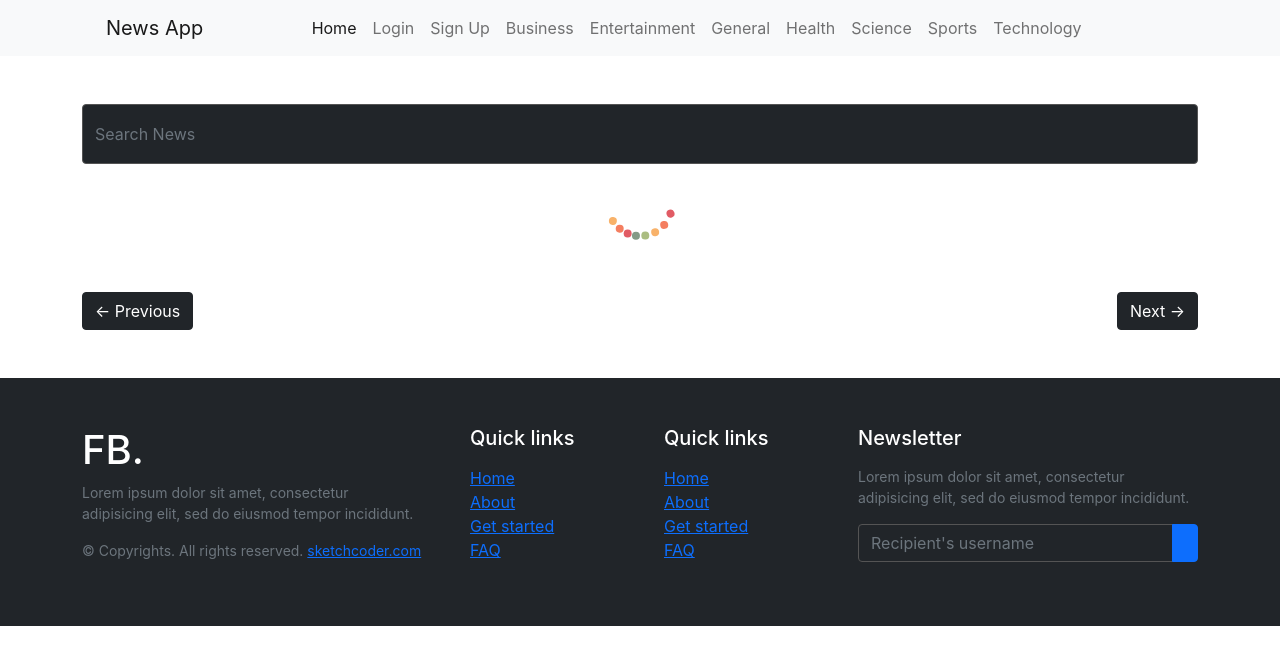
Repository: ZainAkbar51214/News-Site
Page: /
An editor plug-in stored every save of this project. The page is shown before and after a run of saves, followed by the edit.
The browser window is 1280 px wide. The pictures show the whole page.
The page's requests for data from a server got no answer. The project was rebuilt for these pictures with package versions that can differ from the ones it lists, and the page was loaded fresh each time. No one was signed in, and anything a server would have sent is missing. Also part of the build but not shown: src/Components/pages/Login.jsx, src/Components/pages/SignUp.jsx, src/Components/Layouts/NewsItem.js.

Above is the page before, as saved 2023-12-18 04:38:50.

### public/index.html
<!DOCTYPE html>
<html lang="en">
  <head>
    <meta charset="utf-8" />
    <link rel="icon" href="%PUBLIC_URL%/favicon.ico" />
    <meta name="viewport" content="width=device-width, initial-scale=1" />
    <meta name="theme-color" content="#000000" />
    <meta
      name="description"
      content="Web site created using create-react-app"
    />
    <link rel="apple-touch-icon" href="%PUBLIC_URL%/logo192.png" />

    <link rel="manifest" href="%PUBLIC_URL%/manifest.json" />

    <title>News App</title>
    <!-- Bootstrap cdn -->
    <link href="https://cdn.jsdelivr.net/npm/bootstrap@5.0.2/dist/css/bootstrap.min.css" rel="stylesheet" integrity="sha384-EVSTQN3/azprG1Anm3QDgpJLIm9Nao0Yz1ztcQTwFspd3yD65VohhpuuCOmLASjC" crossorigin="anonymous">
  </head>
  <body>
    <noscript>You need to enable JavaScript to run this app.</noscript>
    <div id="root"></div>


    <!-- Bootstrap Script -->
    <script src="https://cdn.jsdelivr.net/npm/@popperjs/core@2.9.2/dist/umd/popper.min.js" integrity="sha384-IQsoLXl5PILFhosVNubq5LC7Qb9DXgDA9i+tQ8Zj3iwWAwPtgFTxbJ8NT4GN1R8p" crossorigin="anonymous"></script>
<script src="https://cdn.jsdelivr.net/npm/bootstrap@5.0.2/dist/js/bootstrap.min.js" integrity="sha384-cVKIPhGWiC2Al4u+LWgxfKTRIcfu0JTxR+EQDz/bgldoEyl4H0zUF0QKbrJ0EcQF" crossorigin="anonymous"></script>
  </body>
</html>

### src/App.js
import React from "react";
import {
  BrowserRouter as Router,
  Switch,
  Route
} from "react-router-dom";
import Navbar from './Components/Header/Navbar';
import Footer from './Components/Footer/Footer';
import Login from "./Components/pages/Login";
import SignUp from "./Components/pages/SignUp";
import News from "./Components/Layouts/News";

function App() {
  return (
    <Router>
      <Navbar />
        <Switch>
          <Route path="/" exact><News key="general" pageSize={5} country="in" category="general" /></Route>
          <Route path="/business" exact><News key="business" pageSize={5} country="in" category="business" /></Route>
          <Route path="/entertainment" exact><News key="entertainment" pageSize={5} country="in" category="entertainment" /></Route>
          <Route path="/health" exact><News key="health" pageSize={5} country="in" category="health" /></Route>
          <Route path="/science" exact><News key="science" pageSize={5} country="in" category="science" /></Route>
          <Route path="/sports" exact><News key="sports" pageSize={5} country="in" category="sports" /></Route>
          <Route path="/technology" exact><News key="technology" pageSize={5} country="in" category="technology" /></Route>
          <Route path="/login">
            <Login />
          </Route>
          <Route path="/sign-up">
            <SignUp />
          </Route>
        </Switch>
      <Footer />
  </Router>
  );
}

export default App;

### src/Components/Header/Navbar.jsx
import React, { Component } from 'react';
import { Link } from 'react-router-dom';

class Navbar extends Component {
    render() {
        return (
            <div>
                <div className="container-fluid bg-light">
                <div className="container">
                    <div className="row">
                        <div className="col-md-12">
                            <nav className="navbar navbar-expand-lg navbar-light">
                                <div className="container-fluid">
                                    <Link className="navbar-brand" to="/">News App</Link>
                                    <button className="navbar-toggler" type="button" data-bs-toggle="collapse" data-bs-target="#navbarSupportedContent" aria-controls="navbarSupportedContent" aria-expanded="false" aria-label="Toggle navigation">
                                        <span className="navbar-toggler-icon"></span>
                                    </button>
                                    <div className="collapse navbar-collapse" id="navbarSupportedContent">
                                        <ul className="navbar-nav mx-auto mb-2 mb-lg-0">
                                            <li className="nav-item">
                                                <Link className="nav-link active" aria-current="page" to="/">Home</Link>
                                            </li>
                                            <li className="nav-item">
                                                <Link className="nav-link" to="/login">Login</Link>
                                            </li>
                                            <li className="nav-item">
                                                <Link className="nav-link" to="/sign-up">Sign Up</Link>
                                            </li>
                                            <li className="nav-item">
                                                <Link className="nav-link" to="/business">Business</Link>
                                            </li>
                                            <li className="nav-item">
                                                <Link className="nav-link" to="/entertainment">Entertainment</Link>
                                            </li>
                                            <li className="nav-item">
                                                <Link className="nav-link" to="/">General</Link>
                                            </li>
                                            <li className="nav-item">
                                                <Link className="nav-link" to="/health">Health</Link>
                                            </li>
                                            <li className="nav-item">
                                                <Link className="nav-link" to="/science">Science</Link>
                                            </li>
                                            <li className="nav-item">
                                                <Link className="nav-link" to="/sports">Sports</Link>
                                            </li>
                                            <li className="nav-item">
                                                <Link className="nav-link" to="/technology">Technology</Link>
                                            </li>
                                        </ul>
                                    </div>
                                </div>
                            </nav>
                        </div>
                    </div>
                </div>
            </div>
            </div>
        );
    }
}

export default Navbar;

### src/Components/Footer/Footer.jsx
import React from "react";
import { Link } from "react-router-dom";
import '../Footer/Footer.css';

const Navbar = () => {
    return (
        <>
            <div className="d-flex flex-column h-100" style={{overflow: 'hidden'}}>
                {/* <!-- FOOTER --> */}
                <footer className="w-100 py-4 flex-shrink-0">
                    <div className="container py-4">
                        <div className="row gy-4 gx-5">
                            <div className="col-lg-4 col-md-6">
                                <h5 className="h1 text-white">FB.</h5>
                                <p className="small text-muted">Lorem ipsum dolor sit amet, consectetur adipisicing elit, sed do eiusmod tempor incididunt.</p>
                                <p className="small text-muted mb-0">&copy; Copyrights. All rights reserved. <Link className="text-primary" to="https://sketchcoder.com" target="_blank">sketchcoder.com</Link></p>
                            </div>
                            <div className="col-lg-2 col-md-6">
                                <h5 className="text-white mb-3">Quick links</h5>
                                <ul className="list-unstyled text-muted">
                                    <li><Link to="#">Home</Link></li>
                                    <li><Link to="#">About</Link></li>
                                    <li><Link to="#">Get started</Link></li>
                                    <li><Link to="#">FAQ</Link></li>
                                </ul>
                            </div>
                            <div className="col-lg-2 col-md-6">
                                <h5 className="text-white mb-3">Quick links</h5>
                                <ul className="list-unstyled text-muted">
                                    <li><Link to="#">Home</Link></li>
                                    <li><Link to="#">About</Link></li>
                                    <li><Link to="#">Get started</Link></li>
                                    <li><Link to="#">FAQ</Link></li>
                                </ul>
                            </div>
                            <div className="col-lg-4 col-md-6">
                                <h5 className="text-white mb-3">Newsletter</h5>
                                <p className="small text-muted">Lorem ipsum dolor sit amet, consectetur adipisicing elit, sed do eiusmod tempor incididunt.</p>
                                <form action="#">
                                    <div className="input-group mb-3">
                                        <input className="form-control" type="text" placeholder="Recipient's username" aria-label="Recipient's username" aria-describedby="button-addon2" />
                                        <button className="btn btn-primary" id="button-addon2" type="button"><i className="fas fa-paper-plane"></i></button>
                                    </div>
                                </form>
                            </div>
                        </div>
                    </div>
                </footer>
            </div>
        </>
    )
}

export default Navbar;

### src/Components/Layouts/News.js
import React, { Component } from 'react';
import NewsItem from './NewsItem';
import Spinner from '../Spinner';
import PropTypes from 'prop-types';

class News extends Component {

    static defaultProps = {
        country: 'in',
        pageSize: 8,
        category: 'general'
      }
    static propTypes = {
        country: PropTypes.string,
        pageSize: PropTypes.number,
        category: PropTypes.string,

      }

    constructor(){
        super();
        this.state = {
            articles: [],
            loading: false,
            page: 1
        }
    }

    async componentDidMount(){
        let url =    `https://newsapi.org/v2/top-headlines?country=${this.props.country}&category=${this.props.category}&apiKey=e5869a5b7afe45f0975749f435cea4b5&page=${this.state.page - 1}&pageSize=${this.props.pageSize}`;
        this.setState({loading: true});
        let data = await fetch(url);
        let passData = await data.json();
        console.log(passData);
        this.setState({
            articles: passData.articles,
            totalResults: passData.totalResults,
            loading: false
        })

    }

    handPrevClick = async () => {
        console.log("prev");
        let url =    `https://newsapi.org/v2/top-headlines?country=${this.props.country}&category=${this.props.category}&apiKey=e5869a5b7afe45f0975749f435cea4b5&page=${this.state.page - 1}&pageSize=${this.props.pageSize}`;
        this.setState({loading: true});
        let data = await fetch(url);
        let passData = await data.json();
        console.log(passData);

        this.setState({
            page: this.state.page - 1,
            articles: passData.articles,
            loading: false
        })
    }
    handNextClick = async () => {
        console.log("Next");
        if(!(this.state.page + 1 > Math.ceil(this.state.totalResults/this.props.pageSize))){

        let url =  `https://newsapi.org/v2/top-headlines?country=${this.props.country}&category=${this.props.category}&apiKey=e5869a5b7afe45f0975749f435cea4b5&page=${this.state.page + 1}&pageSize=${this.props.pageSize}`;
        this.setState({loading: true});
        let data = await fetch(url);
        let passData = await data.json();
        console.log(passData);

        this.setState({
            page: this.state.page + 1,
            articles: passData.articles,
            loading: false
        })
        }
    }



    render() {
        return (
            <div className='container-fluid'>
                <div className='container'>
                    <div className='row'>
                        <div className='col-lg-12 mt-5'>
                            <input type='search' placeholder='Search News' className='form-control form-news' />
                        </div>
                    </div>
                    {
                        this.state.loading &&
                        <div className='row'>
                            <div className='col-lg-12 text-center'>
                                <Spinner />
                            </div>
                        </div>
                    }
                    <div className='row'>
                        {!this.state.loading && this.state.articles.map((element) => {
                           return element.urlToImage?<div className='col-lg-4 col-md-6 mt-5' key={element.url}>
                           <NewsItem title={element.title?element.title.slice(0, 45): ""} description={element.description?element.description.slice(0, 86): ""} imageUrl={element.urlToImage} newsUrl={element.url} />
                       </div>
                       :""
                        })}

                    </div>

                   <div className='row'>
                   <div className='col-lg-12 d-flex justify-content-between mt-5 mb-5'>
                        <button disabled={this.state.page<1} type='button' className='btn btn-dark' onClick={this.handPrevClick}>&larr; Previous</button>
                        <button disabled={this.state.page + 1 > Math.ceil(this.state.totalResults/this.props.pageSize)} type='button' className='btn btn-dark' onClick={this.handNextClick}>Next &rarr;</button>
                    </div>
                   </div>
                </div>
            </div>
        );
    }
}

export default News;

### src/Components/Footer/Footer.css
/* ==========================================
    FOR DEMO PURPOSE
  ========================================== */

  .text-small {
    font-size: 0.9rem;
  }

  .form-control {
    background: #212529;
    border-color: #545454;
  }

  .form-control:focus {
    background: #212529;
  }

  footer {
    background: #212529;
  }

### src/Components/Spinner.jsx
import React, { Component } from 'react';
import loading from '../img/index.svg';

class Spinner extends Component {
    render() {
        return (
            <div>
                <img src={loading} alt="loading" />
            </div>
        );
    }
}

export default Spinner;

### src/App.css
.App {
  text-align: center;
}

.App-logo {
  height: 40vmin;
  pointer-events: none;
}

@media (prefers-reduced-motion: no-preference) {
  .App-logo {
    animation: App-logo-spin infinite 20s linear;
  }
}

.App-header {
  background-color: #282c34;
  min-height: 100vh;
  display: flex;
  flex-direction: column;
  align-items: center;
  justify-content: center;
  font-size: calc(10px + 2vmin);
  color: white;
}

.App-link {
  color: #61dafb;
}

@keyframes App-logo-spin {
  from {
    transform: rotate(0deg);
  }
  to {
    transform: rotate(360deg);
  }
}

/* Login Css */
.bg-login{
  background: rgb(34,193,195);
  background: linear-gradient(135deg, rgba(34,193,195,1) 0%,     rgba(253,187,45,1) 100%);
  font-family: "work sans";
  padding: 100px 0;
  display: flex;
  justify-content: center;
}
#loginform{
  max-width: 500px;
  min-width: 300px;
  width: 30%;
  background-color: #FFFFFF;
  border-radius: 25px;
}

#headerTitle{
  text-align: center;
  font-family: 'open sans', sans-serif;
  padding: 2rem 0;
  margin: 0;
  font-size: 2rem;
}

.row-lab{
  display: flex;
  flex-direction: column;
  align-items: center;
  padding-top: 2rem;
  max-width: 100%;

}

.row-lab input{
  width: 80%;
  box-sizing: border-box;
	border: none;
  font-size: 1.3rem;
  padding-left: 1.5rem;
  padding-bottom: 1rem;
  box-shadow: inset 0px -3px 0px 0px rgba(187,187,187,0.2);
  transition: box-shadow 0.2s ease-in;
}

.row-lab input:focus{
   box-shadow: inset 0px -3px 0px 0px rgba(34,193,195,0.7);
   outline: none;
}

.row-lab input::-webkit-input-placeholder{
  opacity: 1;
  transition: opacity 0.25s ease-out;
}

.row-lab input:hover::-webkit-input-placeholder,
.row-lab input:focus::-webkit-input-placeholder{
  opacity: 0;
}

.row-lab label{
  align-self: start;
  padding-left: 4.5rem;
  padding-bottom: 0.5rem;
  color: rgba(187,187,187,0.9);
}

.row-lab button{
  border-radius: 25px;
  width: 80%;
  height: 40px;
  font-size: 1.3rem;
  color: white;
  font-weight: 700;
  background: rgb(34,193,195);
  background: linear-gradient(90deg, rgba(34,193,195,1) 0%,     rgba(253,187,45,1) 100%);
  border: 0px;
  cursor: pointer;
  transition: opacity 0.25s ease-out;
}

.row-lab button:hover{
  opacity: 0.8;
}

#button{
  padding-bottom: 1.5rem;
}

#facebookIcon{
  background-image:      url("https://image.flaticon.com/icons/svg/145/145802.svg");
  background-repeat: no-repeat;
  width: 3rem;
  height: 3rem;
}

#twitterIcon{
  background-image: url("https://image.flaticon.com/icons/svg/145/145812.svg");
  background-repeat: no-repeat;
  width: 3rem;
  height: 3rem;
}

#googleIcon{
  background-image: url("https://image.flaticon.com/icons/svg/145/145804.svg");
  background-repeat: no-repeat;
  width: 3rem;
  height: 3rem;
}

#iconGroup{
  display: flex;
  justify-content: center;
  padding: 2rem 0;
}

#iconGroup a{
  margin: 0 0.6rem;
}

#alternativeLogin {
   text-align: center;
   padding-top: 2rem;
   margin-top: 1.5rem;
}


/* News Css start */
.form-news{
  height: 60px;
}

Loaded but not shown: src/index.js (common file); src/index.css (common file); src/reportWebVitals.js (common file)

After the next 2 saves:
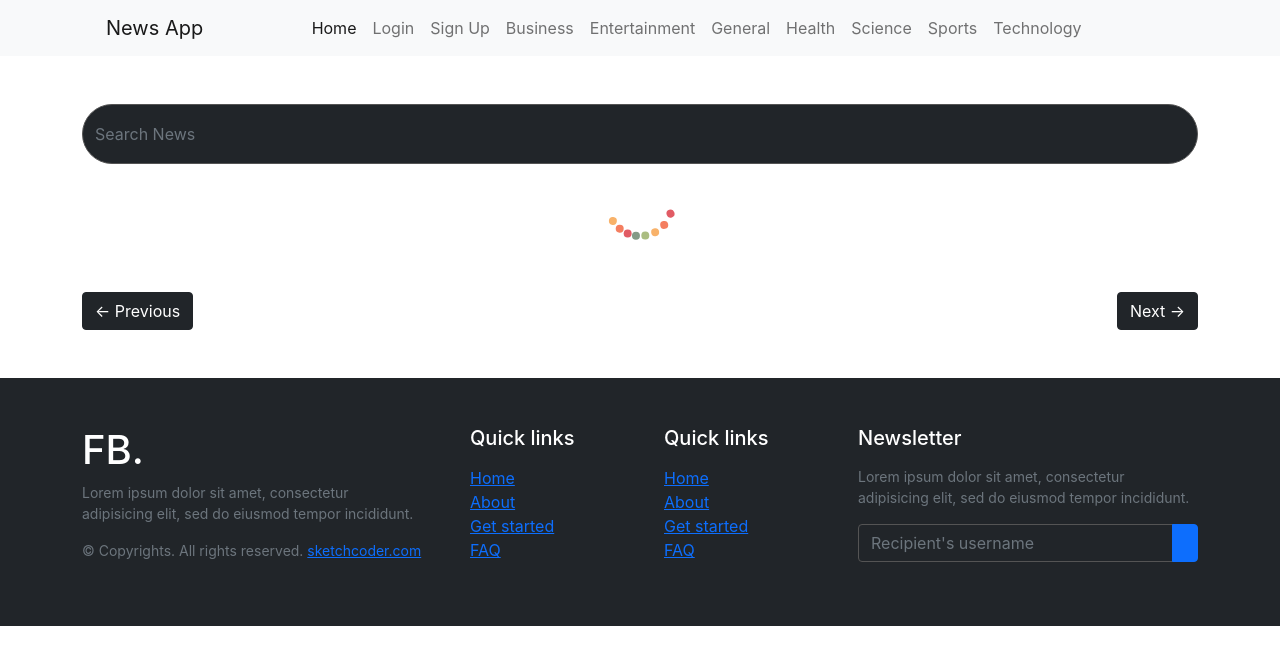
The 2 saves are shown as one change because they came seconds apart.
The last was saved 9 s later.
--- a/src/App.css
+++ b/src/App.css
@@ -167,4 +167,5 @@
 /* News Css start */
 .form-news{
   height: 60px;
+  border-radius: 100px;
 }
